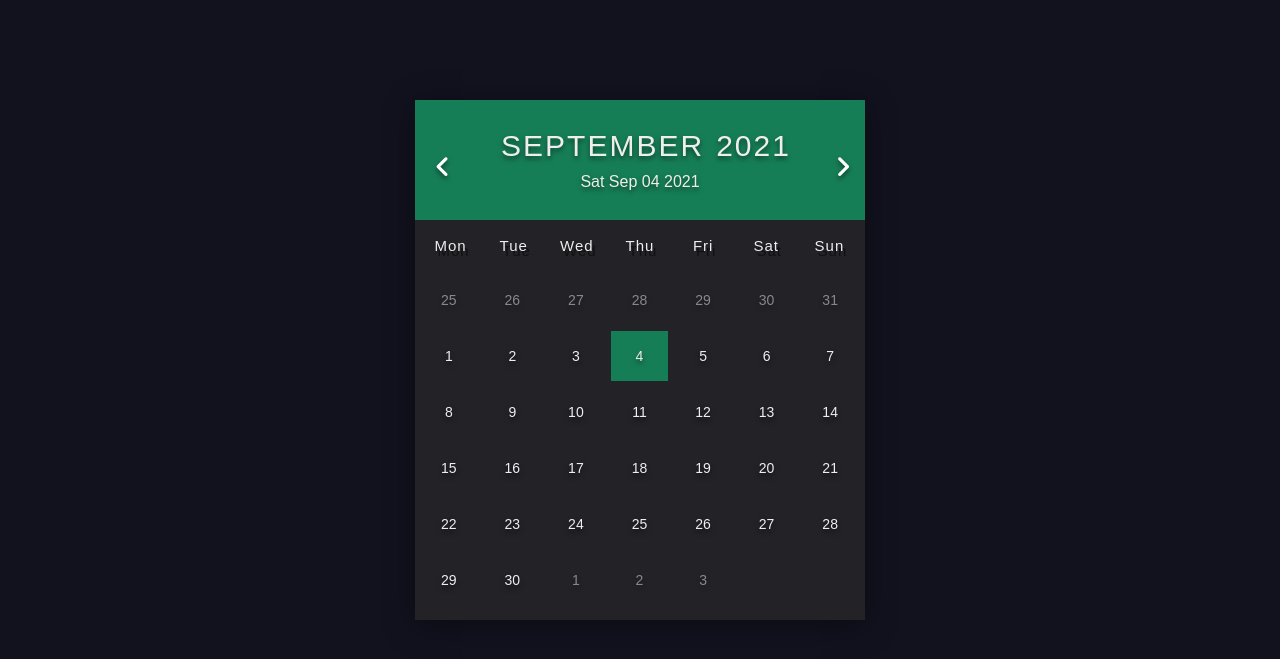
Repository: dboinska/calendar
Page: index.html
An editor plug-in stored every save of this project. The page is shown before and after the next save, followed by the edit.
The browser window is 1280 px wide. The pictures show the whole page.
Some web libraries are served in a nearby version.

Above is the page before, as saved 2021-09-06 18:43:04.

After the next save:
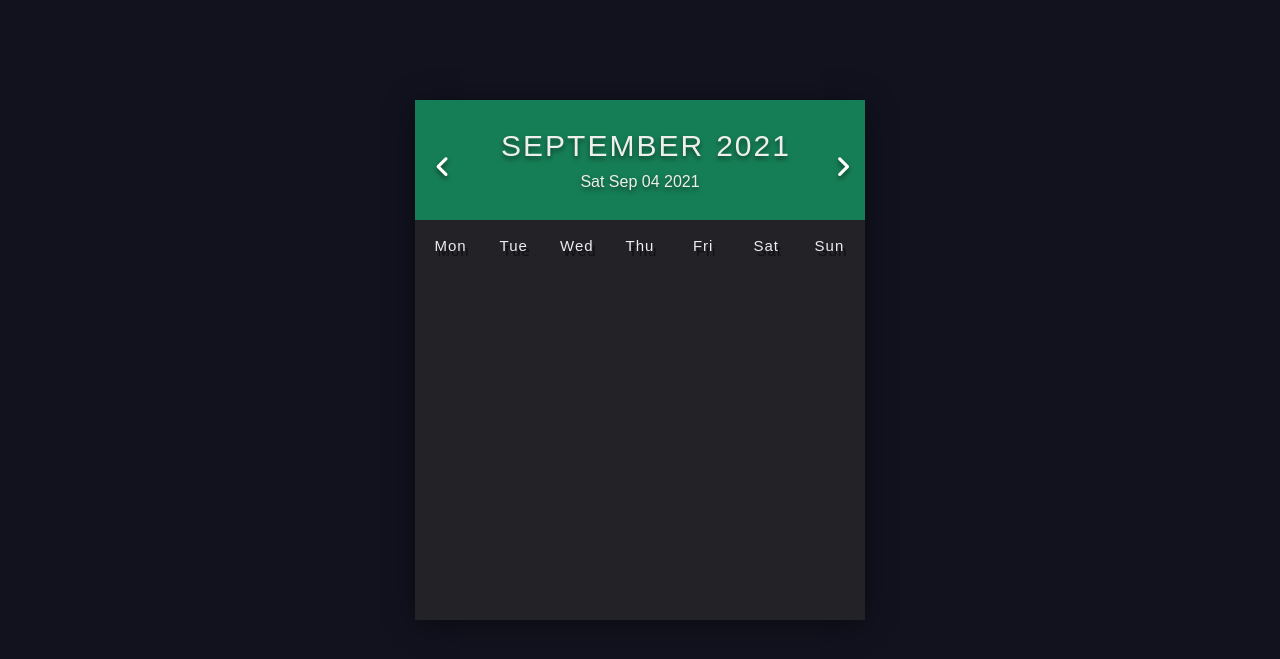
Console error: TypeError: Assignment to constant variable.
Saved 21 s later.
--- a/script.js
+++ b/script.js
@@ -42,7 +42,7 @@
 
   document.querySelector(".date p").textContent = new Date().toDateString();
 
-  monthDays.childNodes = "";
+  monthDays = "";
   //let days = "";
 
   if (lastDayIndex !== 0) {

After the 2 saves that followed:
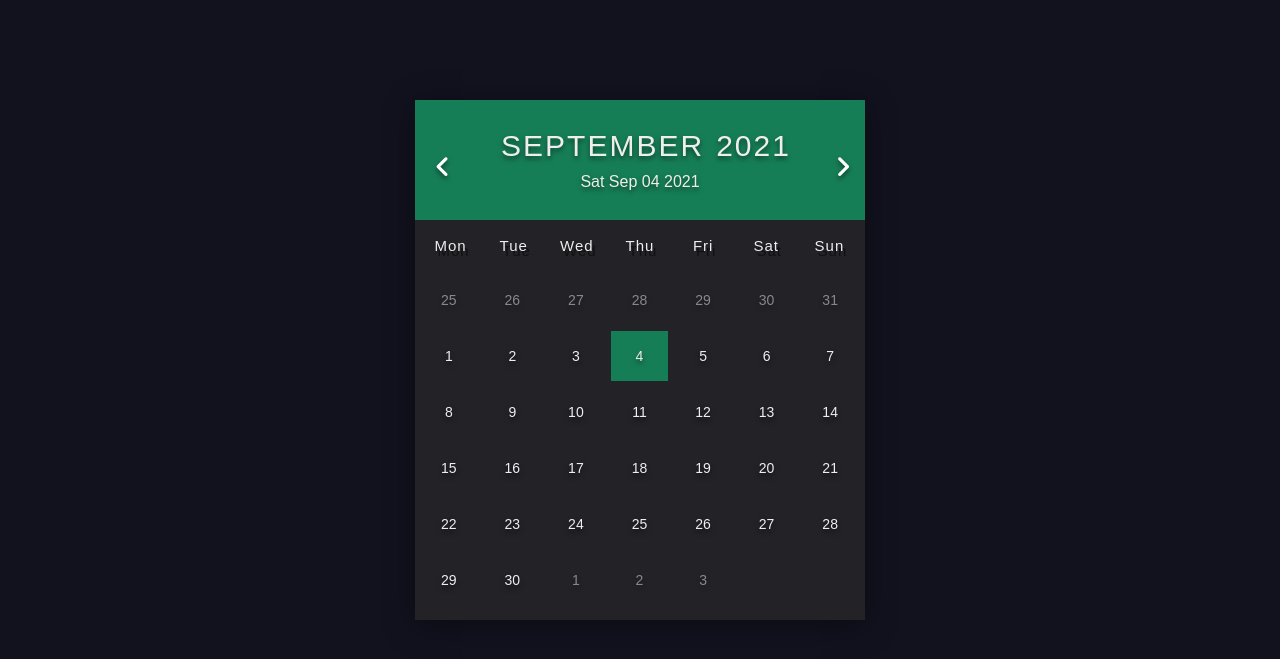
The error is gone.
The 2 saves are shown as one change because 1 left the picture as it was.
The last was saved 46 s later.
--- a/script.js
+++ b/script.js
@@ -1,6 +1,6 @@
 const date = new Date();
 const renderCalendar = () => {
-  const monthDays = document.querySelector(".days");
+  let monthDays = document.querySelector(".days");
   const d = new Date(date.getFullYear(), date.getMonth() + 1, 0);
   const lastDay = new Date(
     date.getFullYear(),
@@ -42,7 +42,7 @@
 
   document.querySelector(".date p").textContent = new Date().toDateString();
 
-  monthDays = "";
+  // monthDays = "";
   //let days = "";
 
   if (lastDayIndex !== 0) {
